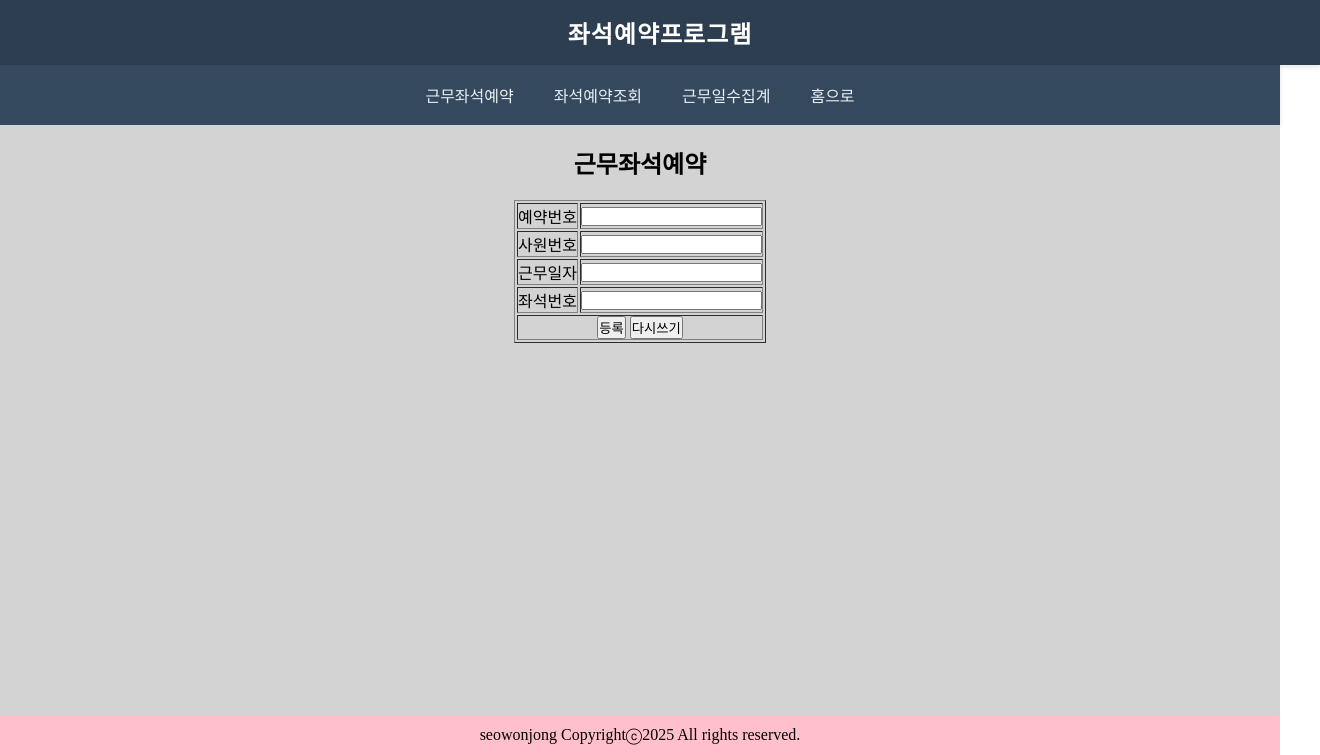
Repository: seowonjong/proje-ct
Page: http://localhost/seat/insert.jsp
These files come from the project's save history. The page is drawn as it stood at one moment and after the next save; the edit follows.
The browser window is 1280 px wide. The page is 1320 px wide, so the pictures cover 1320 px, including what lies to the right of the window. The pictures show the whole page.
The page is served by Tomcat 9.

Above is the page before, as saved 2025-08-25 01:53:27.

### seat/src/main/webapp/insert.jsp
<%@ page language="java" contentType="text/html; charset=UTF-8"
    pageEncoding="UTF-8"%>
<!DOCTYPE html>
<html>
<head>
<meta charset="UTF-8">
<title>insert</title>
<style>
*{
		margin: 0;
		padding: 0;
	}

	section{
		width: 100%;
		height: calc(100vh - 130px);
		background-color: lightgray;

	}

	section h2{
		padding: 20px;
		text-align: center;
	}
	form{
		display: flex;
		justify-content: center;
	}
</style>
</head>
<body>
<jsp:include page="header.jsp"></jsp:include>
	<jsp:include page="nav.jsp"></jsp:include>
	<section>
		<h2>근무좌석예약</h2>
		<form name="frm" action="action.jsp">
			<table border="1">
				<tr>
					<td>예약번호</td>
					<td><input type="text" name="resvno" style="height:100%"></td>
				</tr>
				<tr>
					<td>사원번호</td>
					<td><input type="text" name="emptno"></td>
				</tr>
				<tr>
					<td>근무일자</td>
					<td><input type="text" name="resvdate"></td>
				</tr>
				<tr>
					<td>좌석번호</td>
					<td><input type="text" name="seatno"></td>
				</tr>
				<tr>
					<td colspan="2" style="text-align:center">
						<input type="button" value="등록" onclick="insertCheck()">
						<input type="button" value="다시쓰기" onclick="insertReset()">
					</td>
				</tr>
			</table>
		</form>
	</section>
	<jsp:include page="footer.jsp"></jsp:include>
	<script type="text/javascript" src="check.js"></script>
</body>
</html>

### seat/src/main/webapp/header.jsp
<%@ page language="java" contentType="text/html; charset=UTF-8"
    pageEncoding="UTF-8"%>
<!DOCTYPE html>
<html>
<head>
<meta charset="UTF-8">
<title>header</title>
<style>
	/* header 스타일 */
	header {
		width: 100%;
		background: #2c3e50; /* 모던한 다크 블루 */
		color: #fff;
		padding: 15px 20px;
		text-align: center;
		box-shadow: 0 2px 5px rgba(0, 0, 0, 0.1);
	}

	header h3 {
		font-size: 1.5rem;
		font-weight: bold;
		letter-spacing: 1px;
	}
</style>
</head>
<body>
<header>
	<h3>좌석예약프로그램</h3>
</header>
</body>
</html>

### seat/src/main/webapp/nav.jsp
<%@ page language="java" contentType="text/html; charset=UTF-8"
    pageEncoding="UTF-8"%>
<!DOCTYPE html>
<html>
<head>
<meta charset="UTF-8">
<title>nav</title>
<style>
	/* nav 스타일 */
	nav {
		width: 100%;
		background: #34495e; /* 헤더보다 살짝 밝은 톤 */
		display: flex;
		justify-content: center; /* 메뉴 중앙 정렬 */
		align-items: center;
		padding: 10px 0;
		box-shadow: 0 2px 5px rgba(0, 0, 0, 0.1);
	}

	nav a {
		color: #ecf0f1; /* 밝은 글씨 */
		text-decoration: none;
		font-size: 1rem;
		padding: 8px 15px;
		margin: 0 5px;
		border-radius: 5px;
		transition: background 0.3s ease, color 0.3s ease;
	}

	nav a:hover {
		background: #1abc9c; /* 마우스 오버 시 강조색 */
		color: #fff;
	}
</style>
</head>
<body>
<nav>
	<a href="insert.jsp">근무좌석예약</a>
	<a href="slist.jsp">좌석예약조회</a>
	<a href="count.jsp">근무일수집계</a>
	<a href="index.jsp">홈으로</a>
</nav>
</body>
</html>

### seat/src/main/webapp/footer.jsp
<%@ page language="java" contentType="text/html; charset=UTF-8"
    pageEncoding="UTF-8"%>
<!DOCTYPE html>
<html>
<head>
<meta charset="UTF-8">
<title>footer</title>
<style>
footer{
		width: 100%;
		height: 40px;
		background-color: pink;
		text-align: center;
		line-height: 40px;
	}
</style>
</head>
<body>
<footer>seowonjong Copyrightⓒ2025 All rights reserved.</footer>
</body>
</html>

### seat/src/main/webapp/check.js
function insertCheck() {
	if (document.frm.resvno.value == '') {
		alert("예약번호가 입력되지않았습니다.");
		document.frm.resvno.focus();
	}
	else if (document.frm.emptno.value == '') {
		alert("사원번호가 입력되지않았습니다.");
		document.frm.emptno.focus();
	}
	else if (document.frm.resvdate.value == '') {
		alert("근무일자가 입력되지않았습니다.");
		document.frm.resvdate.focus();
	}
	else if (document.frm.seatno.value == '') {
		alert("좌석번호가 입력되지않았습니다.");
		document.frm.seatno.focus();
	}
	else{
		alert("좌석예약정보가 등록되었습니다!");
		document.frm.submit();
	}
}

function insertReset(){
	alert("정보를 지우고 처음부터 다시 입력합니다!");
	document.frm.reset();
}

function listCheck(){
	if(document.list_frm.emptno.value == ''){
		alert("사원번호가 입력되지 않았습니다.");
		document.list_frm.emptno.focus();
	}
	else{
		document.list_frm.submit();
	}

}

After the next save:
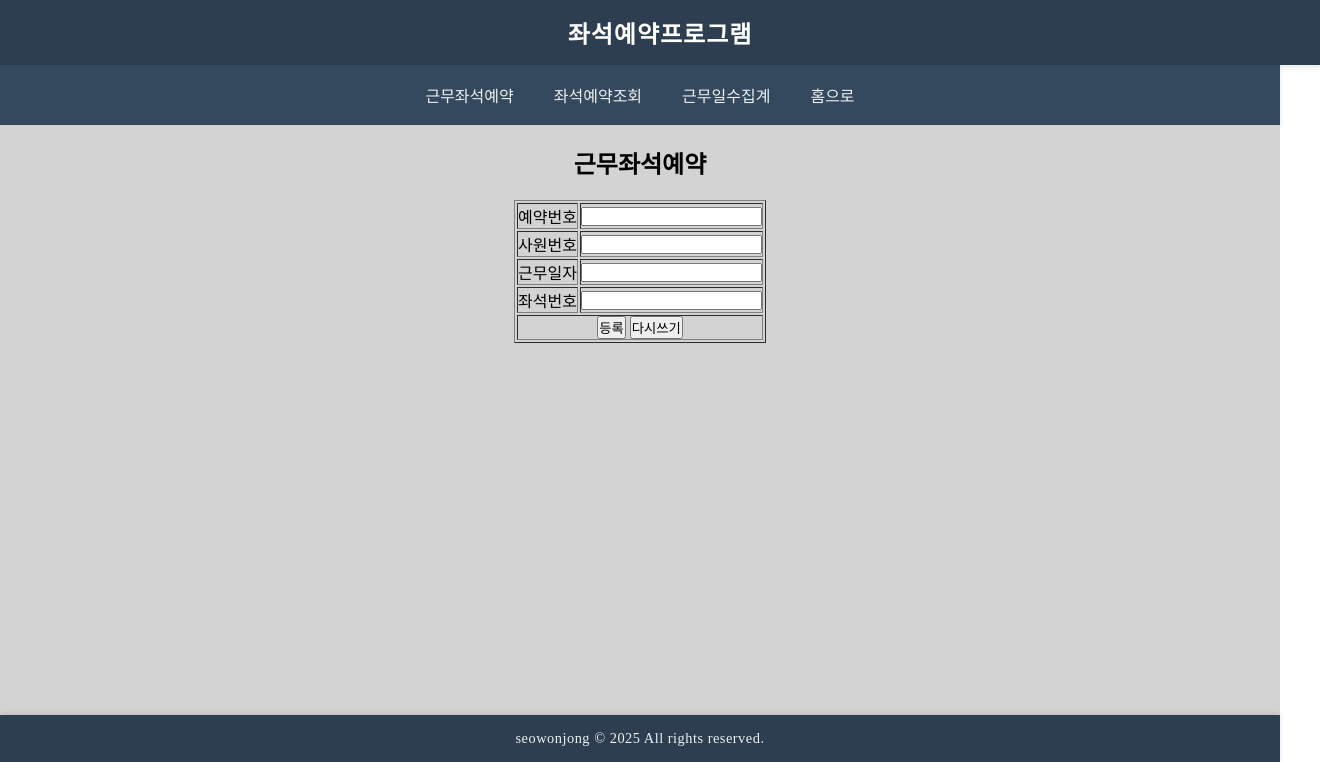
Saved 14 s later.
--- a/seat/src/main/webapp/footer.jsp
+++ b/seat/src/main/webapp/footer.jsp
@@ -6,16 +6,22 @@
 <meta charset="UTF-8">
 <title>footer</title>
 <style>
-footer{
+	/* footer 스타일 */
+	footer {
 		width: 100%;
-		height: 40px;
-		background-color: pink;
+		background: #2c3e50; /* 헤더와 같은 색으로 톤 통일 */
+		color: #ecf0f1;
 		text-align: center;
-		line-height: 40px;
+		padding: 15px 0; /* 고정 height 대신 padding */
+		font-size: 0.9rem;
+		box-shadow: 0 -2px 5px rgba(0, 0, 0, 0.1);
+		letter-spacing: 0.5px;
 	}
 </style>
 </head>
 <body>
-<footer>seowonjong Copyrightⓒ2025 All rights reserved.</footer>
+<footer>
+	seowonjong &copy; 2025 All rights reserved.
+</footer>
 </body>
 </html>
